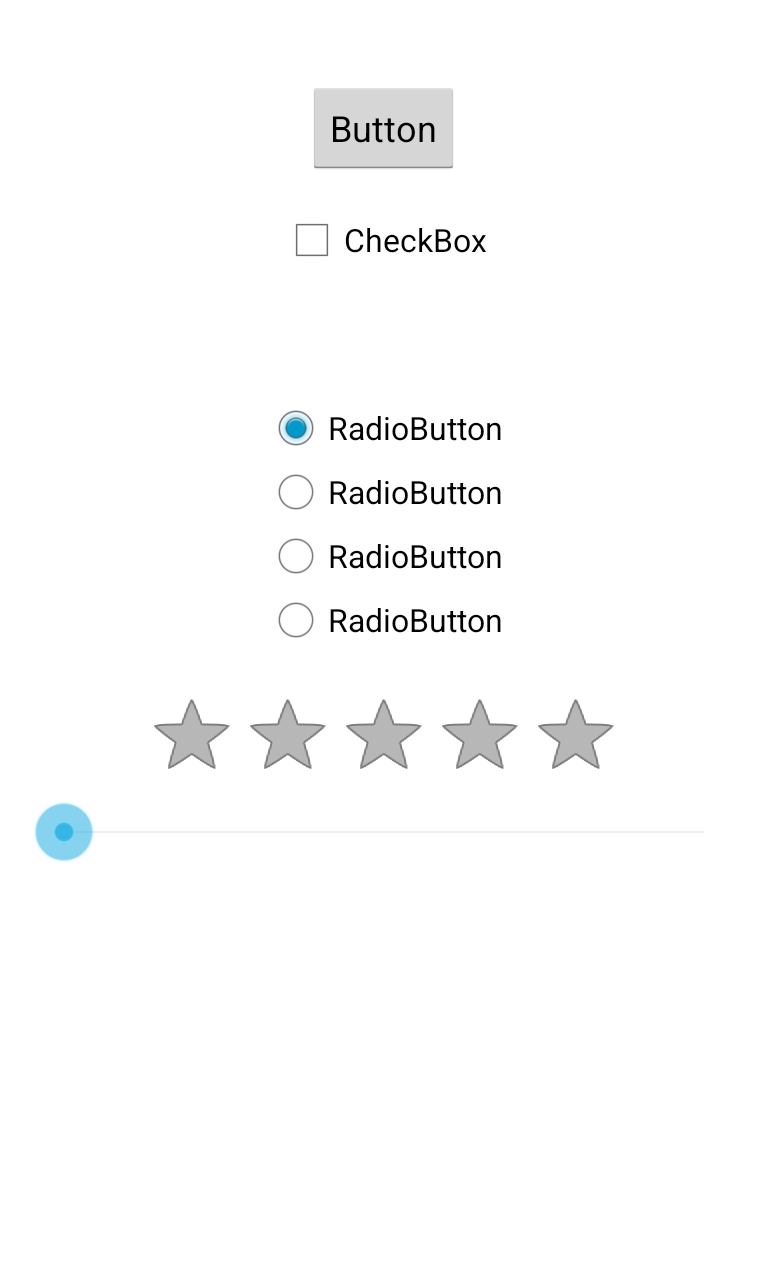
Repository: derspatero/workspace
Layout: WidgetsExample/res/layout/activity_main.xml
An editor plug-in stored every save of this project. The layout is shown before and after the next save, followed by the edit.
It is drawn on a 768 x 1280 px phone screen (xhdpi) without system bars, with theme AppTheme; the app's code is not run.

Above is the layout before, as saved 2014-10-18 18:42:56.

### WidgetsExample/res/layout/activity_main.xml
<ScrollView xmlns:tools="http://schemas.android.com/tools"
    xmlns:android="http://schemas.android.com/apk/res/android"
    android:id="@+id/ScrollView1"
    android:layout_width="match_parent"
    android:layout_height="match_parent"
    android:fadeScrollbars="false"
    android:paddingBottom="@dimen/activity_vertical_margin"
    android:paddingLeft="@dimen/activity_horizontal_margin"
    android:paddingRight="@dimen/activity_horizontal_margin"
    android:paddingTop="@dimen/activity_vertical_margin"
    tools:context="ca.bcit.comp2052.widgetsexample.MainActivity" >

    <RelativeLayout
        android:layout_width="match_parent"
        android:layout_height="537dp" >

        <Button
            android:id="@+id/button1"
            android:layout_width="wrap_content"
            android:layout_height="wrap_content"
            android:layout_alignParentTop="true"
            android:layout_centerHorizontal="true"
            android:layout_marginTop="24dp"
            android:text="Button" />

        <RadioGroup
            android:id="@+id/radioGroup1"
            android:layout_width="wrap_content"
            android:layout_height="wrap_content"
            android:layout_below="@+id/checkBox1"
            android:layout_centerHorizontal="true"
            android:layout_marginTop="62dp" >

            <RadioButton
                android:id="@+id/radio0"
                android:layout_width="wrap_content"
                android:layout_height="wrap_content"
                android:checked="true"
                android:text="RadioButton" />

            <RadioButton
                android:id="@+id/radio1"
                android:layout_width="wrap_content"
                android:layout_height="wrap_content"
                android:text="RadioButton" />

            <RadioButton
                android:id="@+id/radio2"
                android:layout_width="wrap_content"
                android:layout_height="wrap_content"
                android:text="RadioButton" />

            <RadioButton
                android:id="@+id/radio3"
                android:layout_width="wrap_content"
                android:layout_height="wrap_content"
                android:text="RadioButton" />

        </RadioGroup>

        <RatingBar
            android:id="@+id/ratingBar1"
            android:layout_width="wrap_content"
            android:layout_height="wrap_content"
            android:layout_below="@+id/radioGroup1"
            android:layout_centerHorizontal="true"
            android:layout_marginTop="17dp" />

        <CheckBox
            android:id="@+id/checkBox1"
            android:layout_width="wrap_content"
            android:layout_height="wrap_content"
            android:layout_below="@+id/button1"
            android:layout_centerHorizontal="true"
            android:layout_marginTop="16dp"
            android:text="CheckBox" />

        <SeekBar
            android:id="@+id/seekBar1"
            android:layout_width="match_parent"
            android:layout_height="wrap_content"
            android:layout_alignParentLeft="true"
            android:layout_below="@+id/ratingBar1" />

    </RelativeLayout>

</ScrollView>

Loaded but not shown: WidgetsExample/res/values/styles.xml (common file); WidgetsExample/res/values-v11/styles.xml (common file); WidgetsExample/res/values-v14/styles.xml (common file); WidgetsExample/res/values/dimens.xml (common file); WidgetsExample/res/values-w820dp/dimens.xml (common file)

After the next save:
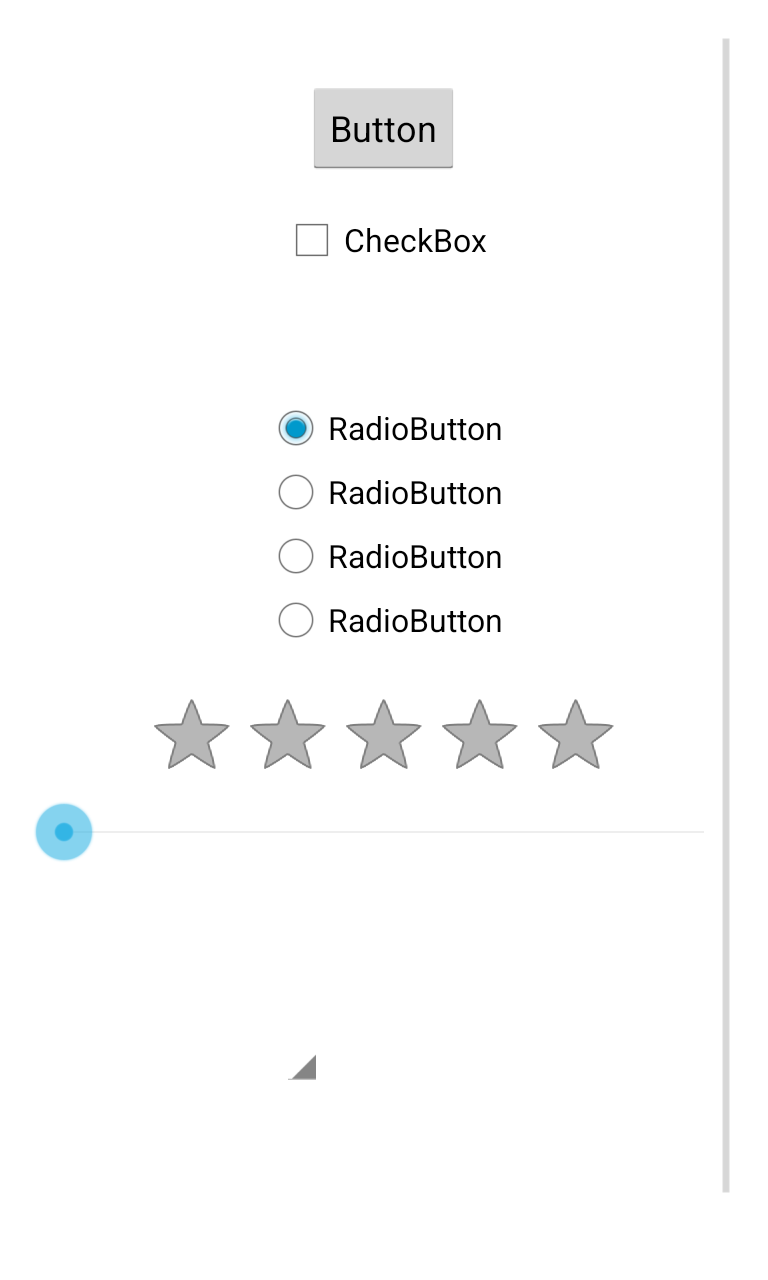
Saved 3 min 57 s later.
--- a/WidgetsExample/res/layout/activity_main.xml
+++ b/WidgetsExample/res/layout/activity_main.xml
@@ -12,7 +12,7 @@
 
     <RelativeLayout
         android:layout_width="match_parent"
-        android:layout_height="537dp" >
+        android:layout_height="651dp" >
 
         <Button
             android:id="@+id/button1"
@@ -82,6 +82,14 @@
             android:layout_alignParentLeft="true"
             android:layout_below="@+id/ratingBar1" />
 
+        <Spinner
+            android:id="@+id/spinner1"
+            android:layout_width="wrap_content"
+            android:layout_height="wrap_content"
+            android:layout_alignLeft="@+id/checkBox1"
+            android:layout_below="@+id/seekBar1"
+            android:layout_marginTop="80dp" />
+
     </RelativeLayout>
 
 </ScrollView>
